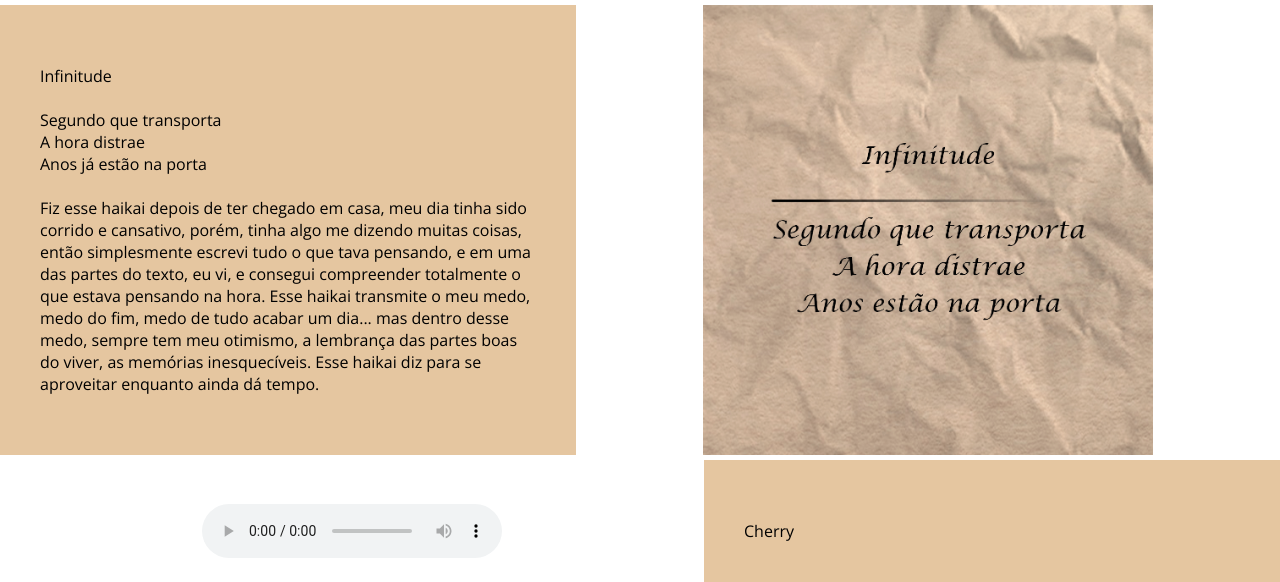
Repository: NewMatheusED/portfolio-linguagens
Page: index.html
An editor plug-in stored every save of this project. The page is shown before and after a run of saves, followed by the edit.
The browser window is 1280 px wide. The pictures show the part of the page from y = 1212 to 1794 px (the page is 2102 px tall before and 2212 px after).
A picture or video elsewhere on the page could not be fetched, so the positions and the page height are approximate.

Above is the page before, as saved 2022-11-20 09:45:24.

After the next 3 saves:
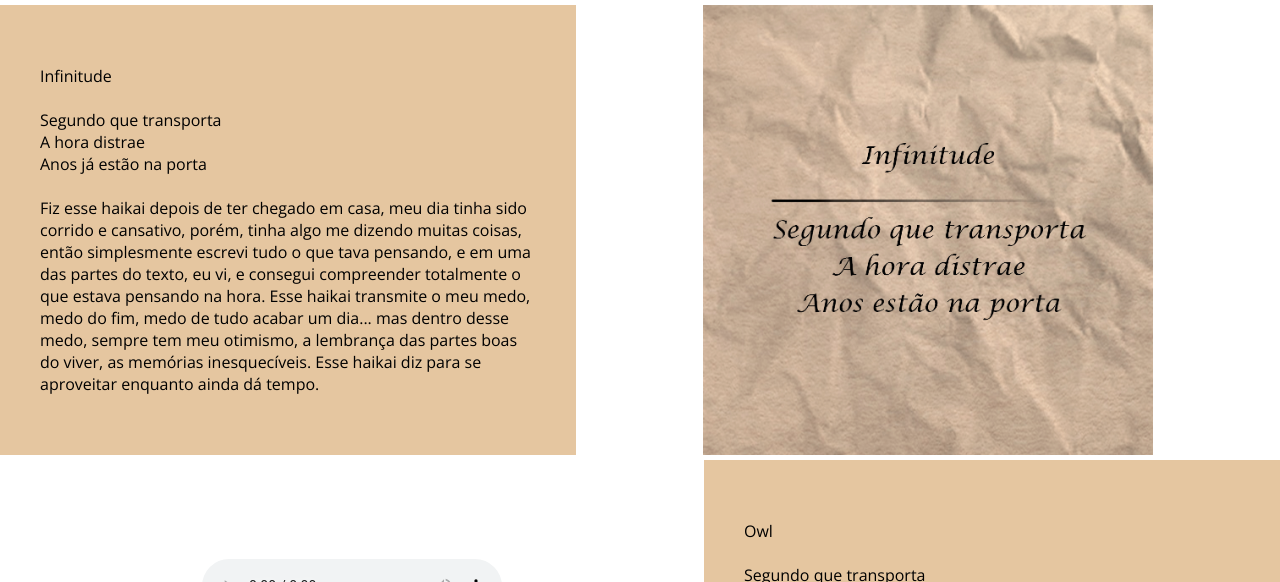
The 3 saves are shown as one change because they came seconds apart.
The last was saved 49 s later.
--- a/index.html
+++ b/index.html
@@ -79,7 +79,10 @@
                 </div><!--item-1-mosaico-->
 
                 <div class="item-2-mosaico">
-                    <p>Cherry </p>
+                    <p>Owl<br><br>
+                        Segundo que transporta<br>
+                        A hora distrae<br>
+                        Anos já estão na porta<br><br></p>
                 </div><!--item-2-mosaico-->
             </div><!--flex-mosaico-->
         </div><!--container-->
